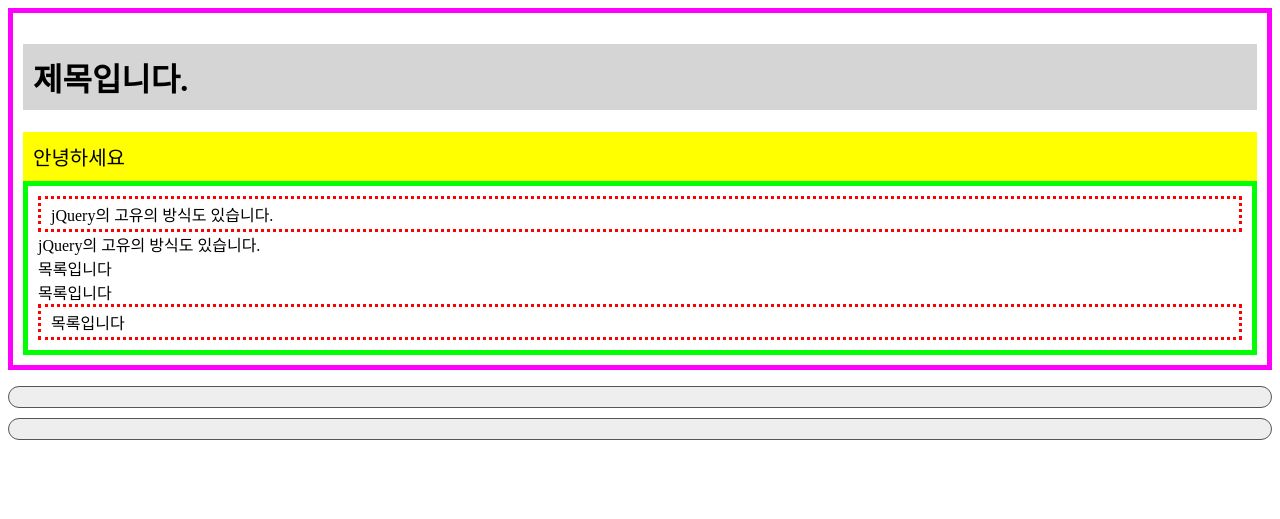
Repository: rwanda95do/bitcamp
Page: jQuery/src/main/webapp/01_helloJQuery/exam05.html
An editor plug-in stored every save of this project. The page is shown before and after the next save, followed by the edit.
The browser window is 1280 px wide. The pictures show the whole page.

Above is the page before, as saved 2024-08-22 05:26:16.

After the next save:
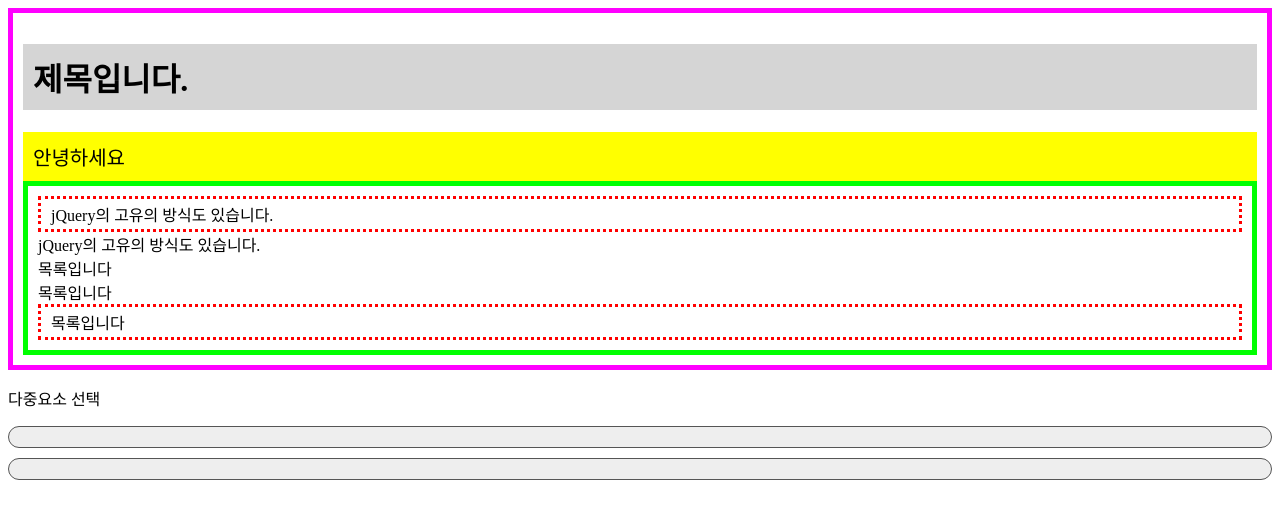
Saved 40 s later.
--- a/jQuery/src/main/webapp/01_helloJQuery/exam05.html
+++ b/jQuery/src/main/webapp/01_helloJQuery/exam05.html
@@ -84,6 +84,9 @@ $(function () {
 	// 1번째에 'jQuery의 고유의 방식도 있습니다.' 넣기
 	$('ul > li:nth-child(1)').html('jQuery의 고유의 방식도 있습니다.')
 	$('ul > li:eq(1)').html('jQuery의 고유의 방식도 있습니다.')
+	// 2번째에 'jQuery의 고유의 방식도 있습니다.' 넣기
+	$('p').html('다중요소 선택')
+
 });
 </script>
 
